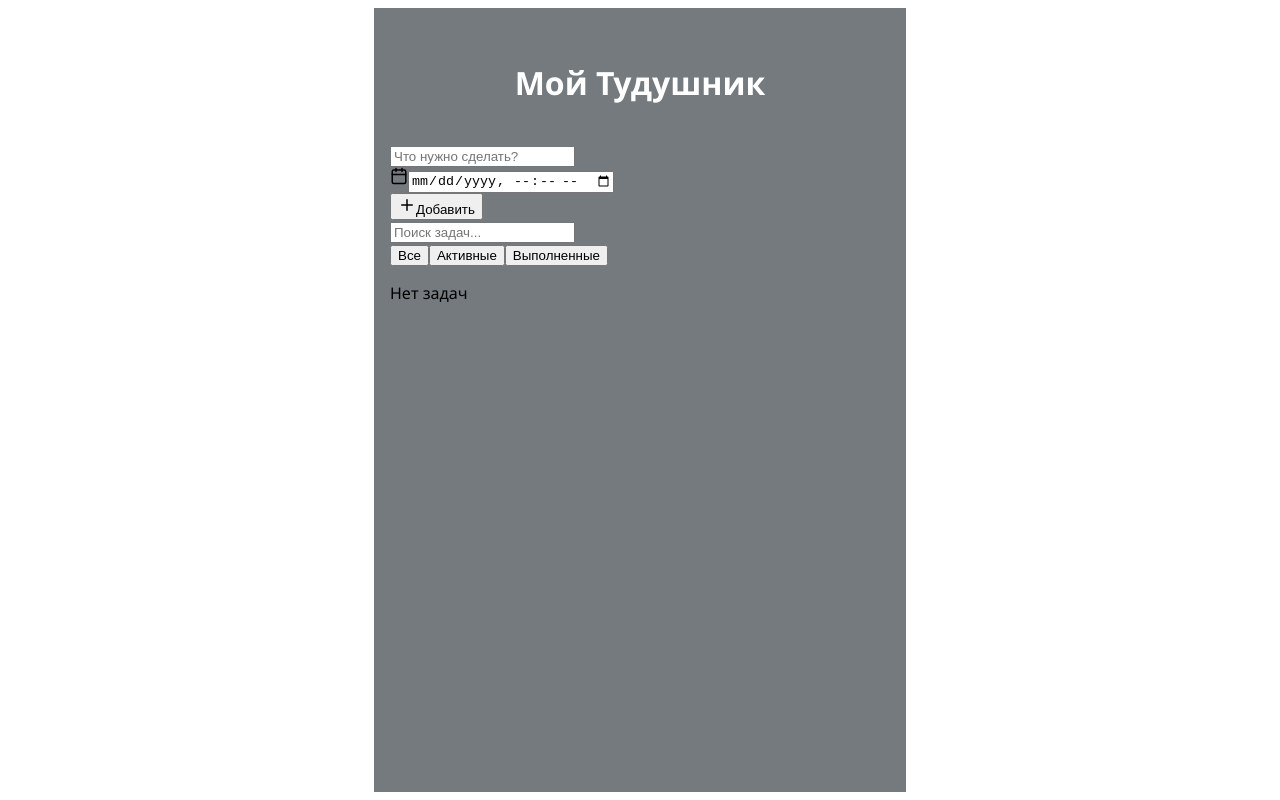
Repository: AlekCawka/-todo-project
Page: /
These files come from the project's save history. The page is drawn as it stood at one moment and after the next save; the edit follows.
The browser window is 1280 px wide. The pictures show the whole page.
The project was rebuilt for these pictures with package versions that can differ from the ones it lists, and the page was loaded fresh each time. Also part of the build but not shown: vite.config.js, src/components/TodoItem.jsx.

Above is the page before, as saved 2025-08-04 22:34:45.

After the next save:
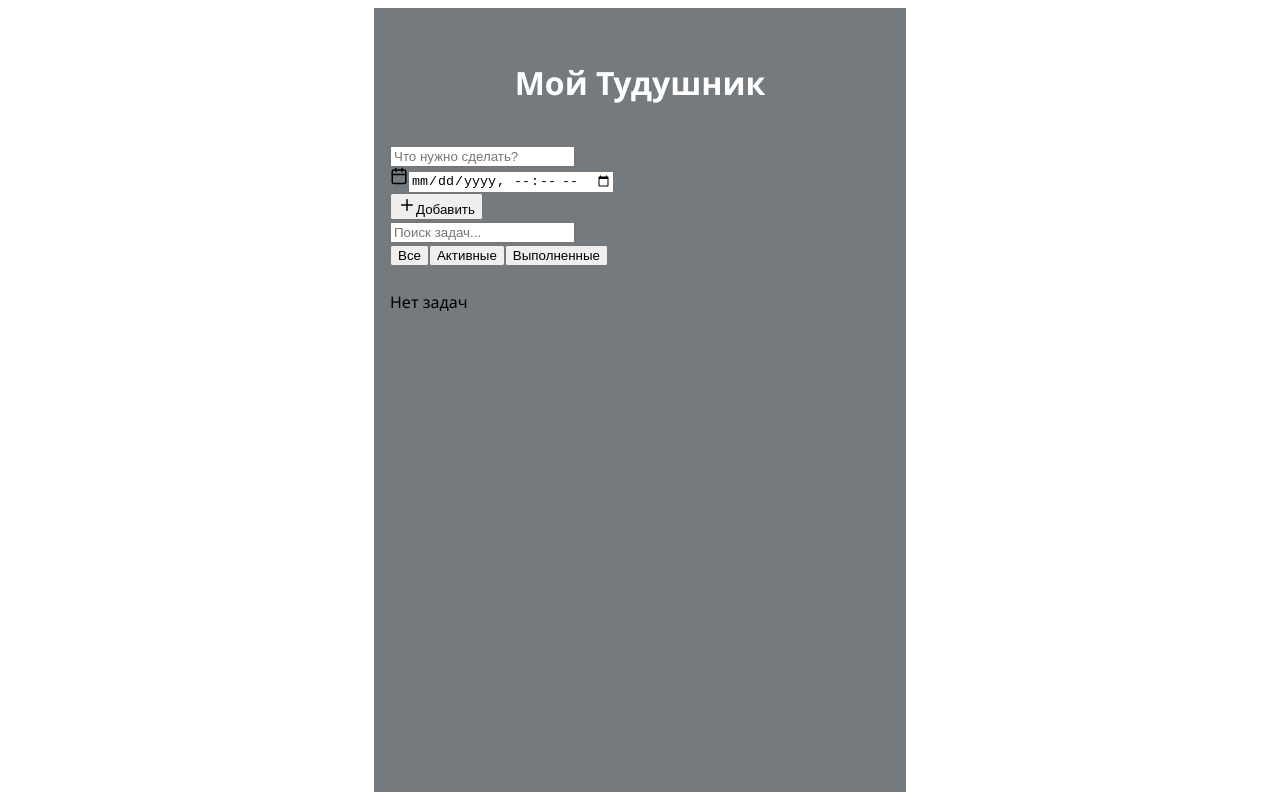
Saved 47 s later.
--- a/src/App.css
+++ b/src/App.css
@@ -14,3 +14,7 @@
     text-align: center;
     color: white;
 }
+
+.list {
+    margin-top: 25px;
+}
